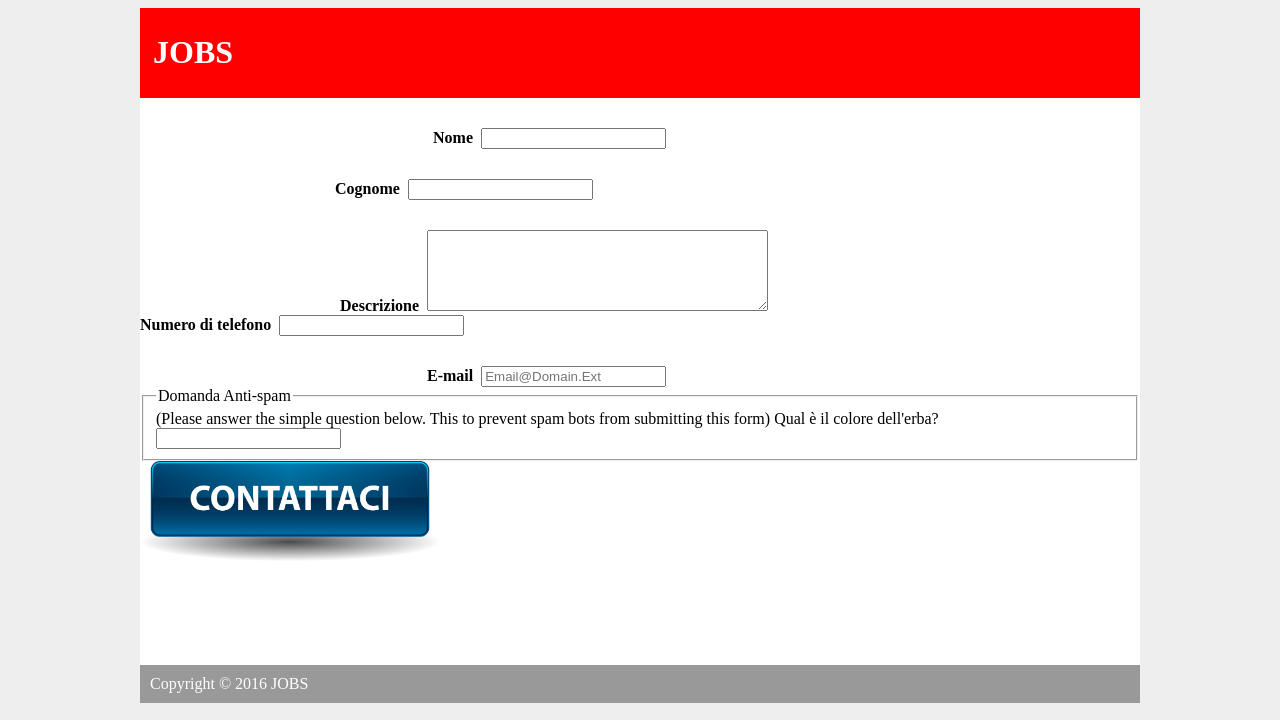
Repository: ProjectRC/RC
Page: client/contattaci.html
The author's editor kept a record of every edit. The page is drawn from the files as they stood at one moment, then again after the next edit.
The browser window is 1280 px wide. The pictures show the whole page.

Above is the page before.

### client/contattaci.html
<!DOCTYPE html>
<html>
    <head>
        <title>Contatta l'offerente JOBS </title>
        <link rel="stylesheet" type="text/css" href="css/contattaci.css" />
        <link rel="shortcut icon" type="image/x-icon" href="img/favicon.ico" />
    </head>
    <body>
    <form action="sendEmail" method="post" >
        <div id="container">
            <div id="header">
                <h1>&nbspJOBS</h1>
            </div>
            <div id="main">

                <style>input{text-transform:capitalize}</style>

                <div id="nome">
                    <label><b>Nome&nbsp</b></label>
                    <input type="text" name="nome" autocomplete="on" size="20" maxlength="60" required/>
                </div>

                <div id="cognome">
                    <label><b>Cognome&nbsp</b></label>
                    <input type="text" name="cognome" autocomplete="on" size="20" maxlength="60" required/>
                </div>

                <div id="testo">
                    <label><b>Descrizione&nbsp</b></label>
                    <textarea name="testo" rows="5" cols="40" required /></textarea>
                </div>

                <div id="telefono">
                    <label><b>Numero di telefono&nbsp</b></label>
                    <input type="tel" name="numero" autocomplete="on" size="20" maxlength="60" required pattern="[0-9]{7,10}"/>
                </div>

                <div id="email">
                    <label><b>E-mail&nbsp</b></label>
                    <input type="email" name="email" autocomplete="on" placeholder="email@domain.ext" size="20" maxlength="60" required/>
                </div>

                <fieldset id='antispam'>
                <legend >Domanda Anti-spam </legend>
                    <span class='short_explanation'>(Please answer the simple question below. This to prevent spam bots from submitting this form)</span>

                        <label>Qual è il colore dell'erba?</label>
                        <input type='text' name='antispam'  maxlength="10" required pattern="[v]{1}[e]{1}[r]{1}[d]{1}[e]{1}" /><br/>
                </fieldset>

                <div id="contatta">
                    <input type="image"src="img/Contattaci.png" width="300" hight="99"border="0"/>
                </div>

            </div>

            <div id="footer">
                Copyright &copy; 2016 JOBS
            </div>
        </div>
    </form>
    </body>

</html>

### client/css/contattaci.css
body {
    background-color: #EEE;
}

#container {
    background-color: white;
    width: 1000px;
    margin-left: auto;
    margin-right: auto;
}

#header {
    clear: both;
    padding: 5px;
    background-color: red;
    color: white;
    text-align: left;
}

#main {
    background-color: white;
    text-align: left;
}

#nome {
    margin-top: 50px;
    text-align: left;
    margin-left: 264px;
    text-transform: capitalize;
}

#cognome {
    margin-top: 30px;
    text-align: left;
    margin-left: 195px;
    text-transform: capitalize;
}

#testo {
    margin-top: 30px;
    margin-left: 200px;
    text-align: left;
}

#nome {
    margin-top: 30px;
    text-align: left;
    margin-left: 293px;
    text-transform: capitalize;
}

#citta {
    margin-top: 30px;
    text-align: left;
    margin-left: 299px;
    text-transform: capitalize;
}

#provincia {
    margin-top: 30px;
    text-align: left;
    margin-left: 269px;
}

#email {
    margin-top: 30px;
    text-align: left;
    margin-left: 287px;
}

#inserisci {
    text-align: center;
    margin-top: 50px;

}

#footer {
    margin-top: 100px;
    clear: both;
    padding: 10px;
    background-color: #999999;
    color: white;
    text-align: left;
}

After the next edit:
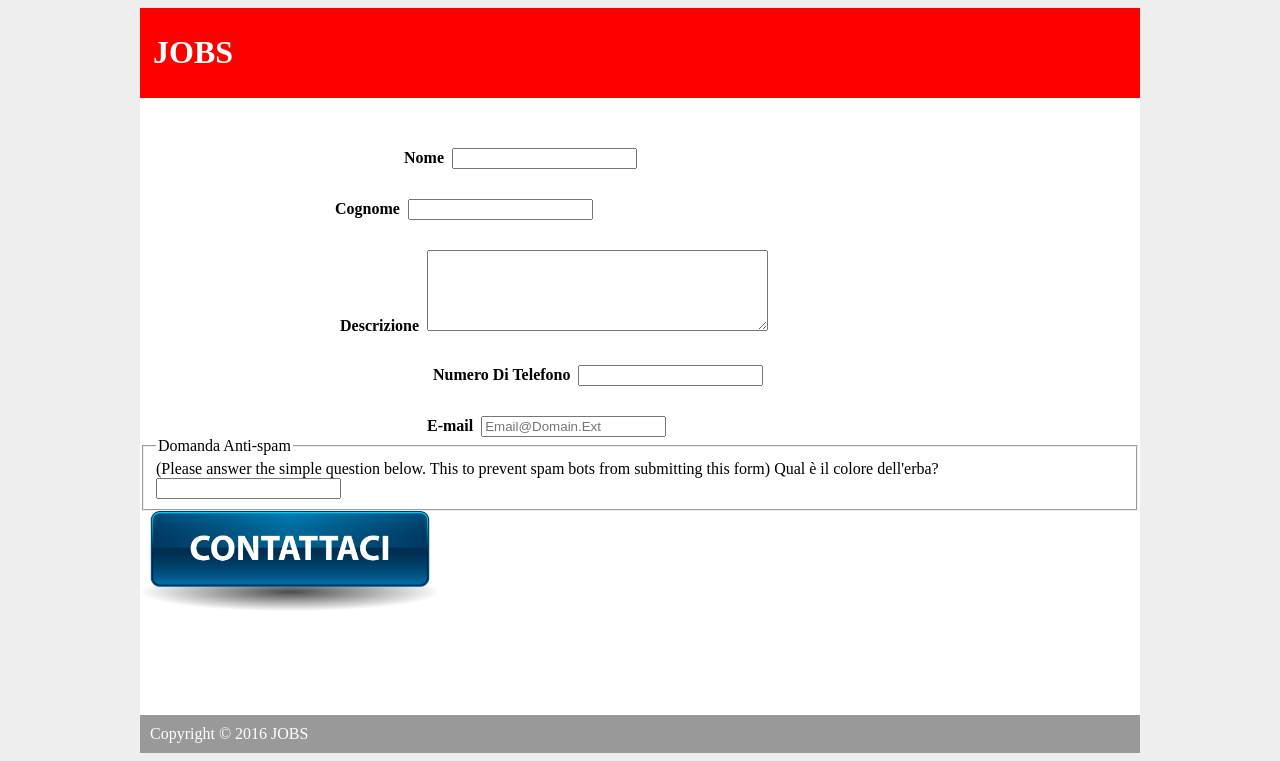
The edit:
--- a/client/css/contattaci.css
+++ b/client/css/contattaci.css
@@ -42,7 +42,7 @@
     text-align: left;
 }
 
-#nome {
+#telefono {
     margin-top: 30px;
     text-align: left;
     margin-left: 293px;
